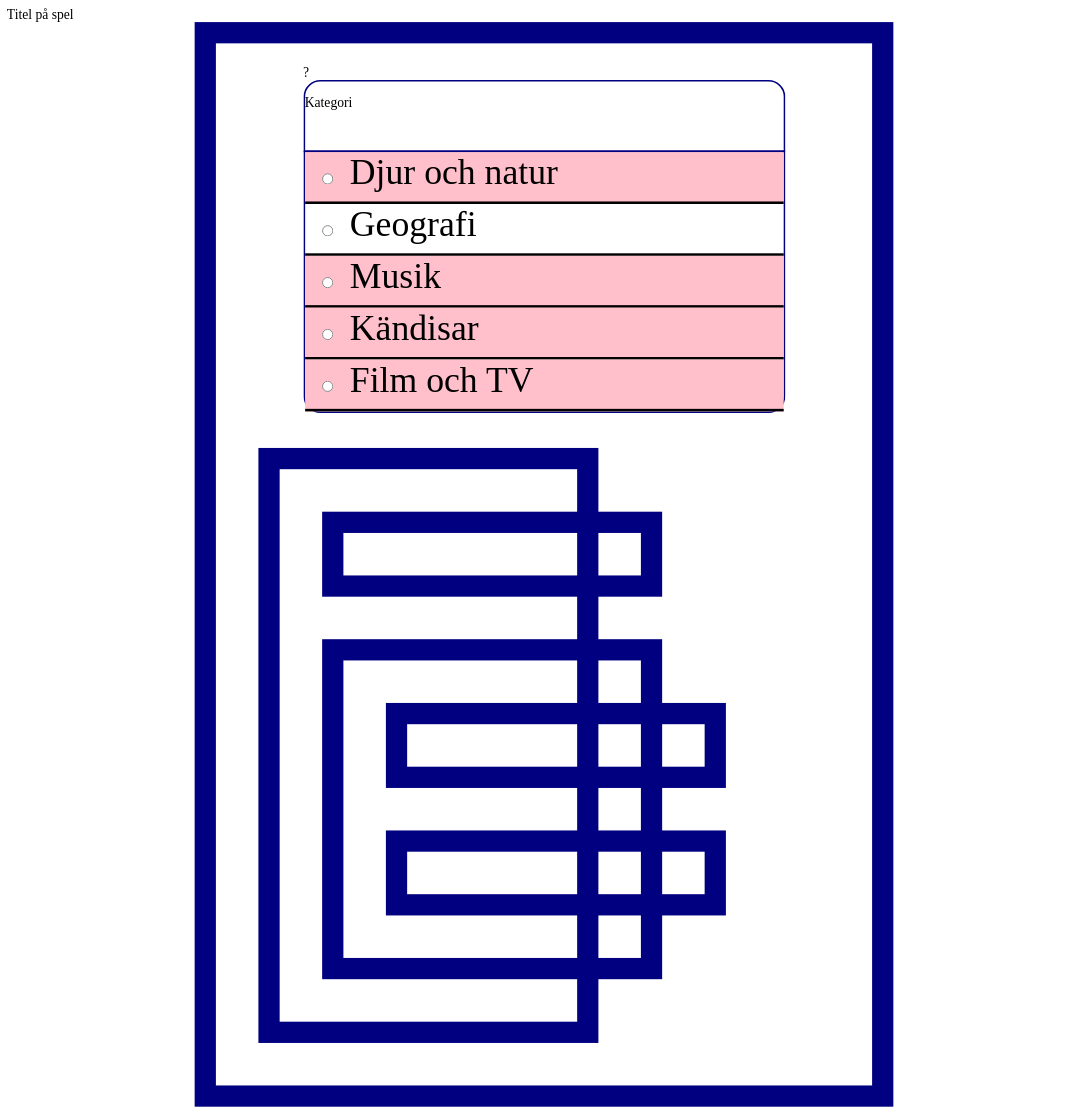
Repository: ed222gg/project2
Page: pages/start.html
The author's editor kept a record of every edit. The page is drawn from the files as they stood at one moment, then again after the next edit.
The browser window is 1280 px wide. The pictures show the whole page, at 85% of full size.

Above is the page before.

After the next edit:
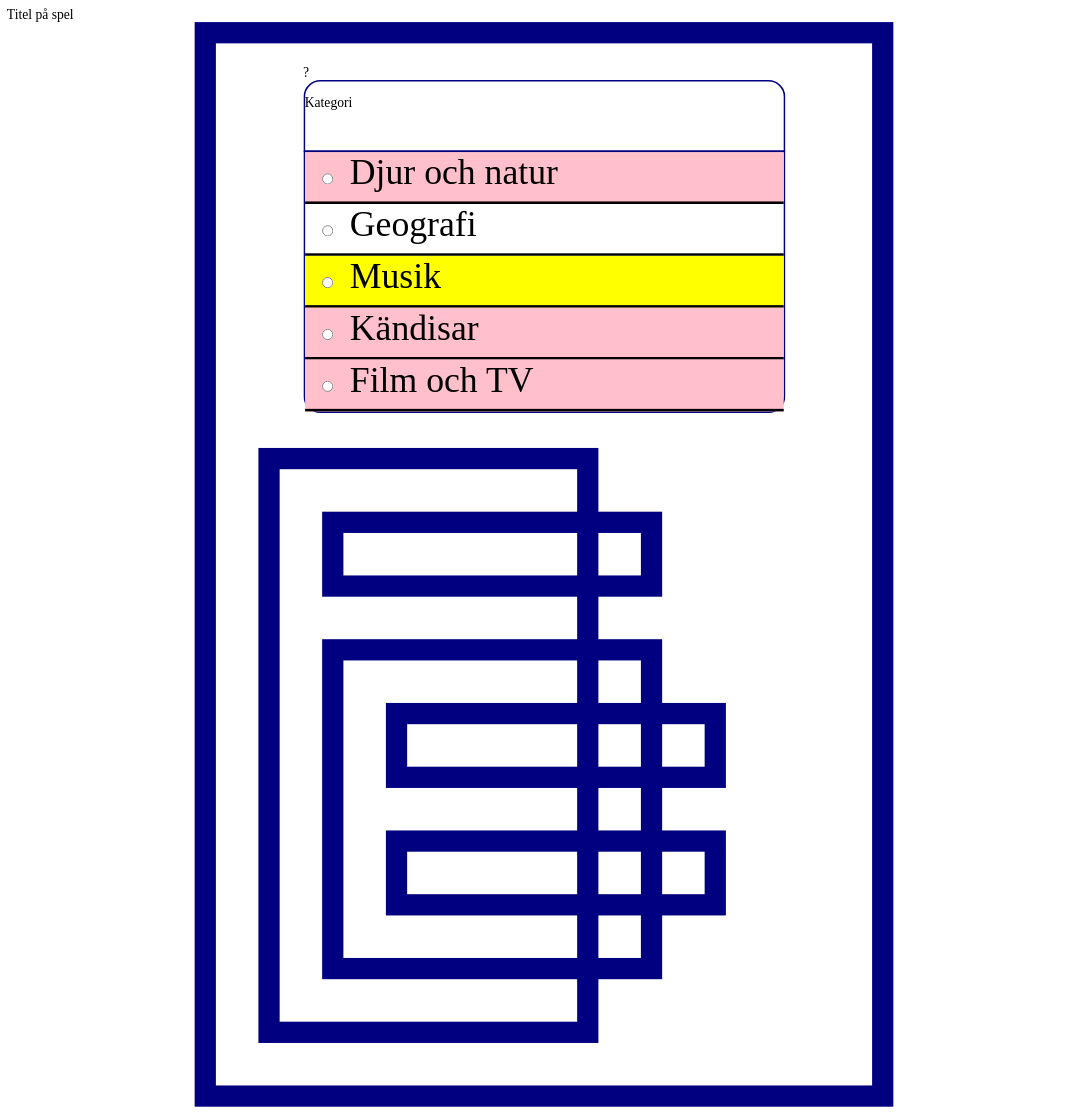
The edit:
--- a/css/style.css
+++ b/css/style.css
@@ -106,7 +106,7 @@ border-bottom-style: solid;
 }
 
 #li2{
-background-color:pink;
+background-color:yellow;
 border-bottom-style: solid;
 }
 
